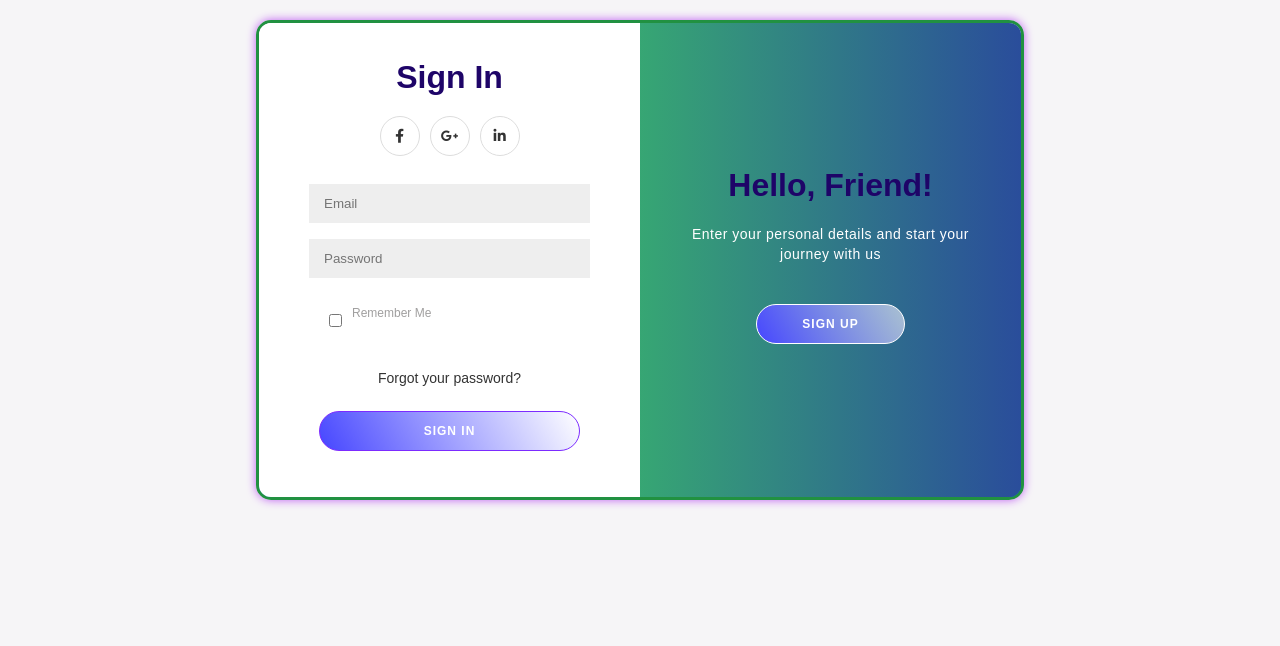
Repository: Zulfiyya077/InternIntelligence_LoginPage
Page: /
The author's editor kept a copy of each file at every save. The page is drawn from the files as they stood at one save, then again after the next save.
The browser window is 1280 px wide. The pictures show the whole page.
The project was rebuilt for these pictures with package versions that can differ from the ones it lists, and the page was loaded fresh each time. Also part of the build but not shown: vite.config.js.

Above is the page before, as saved 2025-02-02 08:11:19.

After the next save:
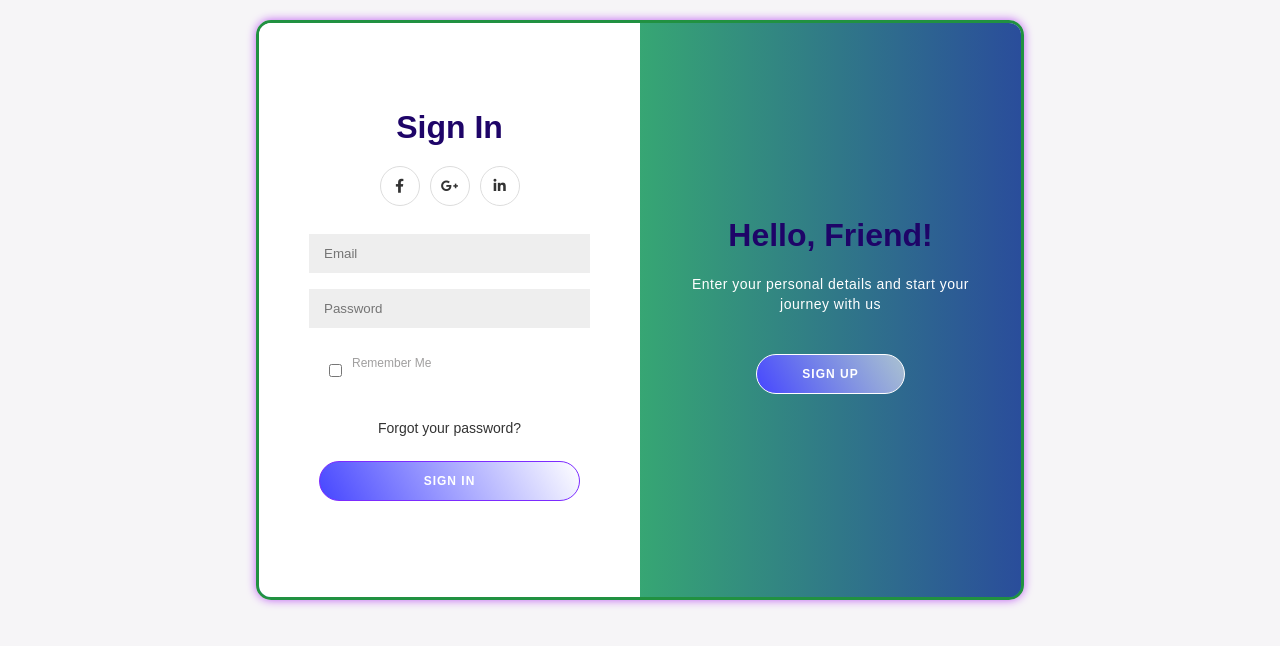
Saved 9 min 11 s later.
--- a/src/components/SignInUpForm.module.css
+++ b/src/components/SignInUpForm.module.css
@@ -112,7 +112,7 @@ background: linear-gradient(60deg, rgb(70, 70, 255) 0%, rgba(255, 255, 255, 0.59
     overflow: hidden;
     width: 768px;
     max-width: 100%;
-    min-height: 480px;
+    min-height: 580px;
     display: flex;
     justify-content: center;
     align-items: center;
